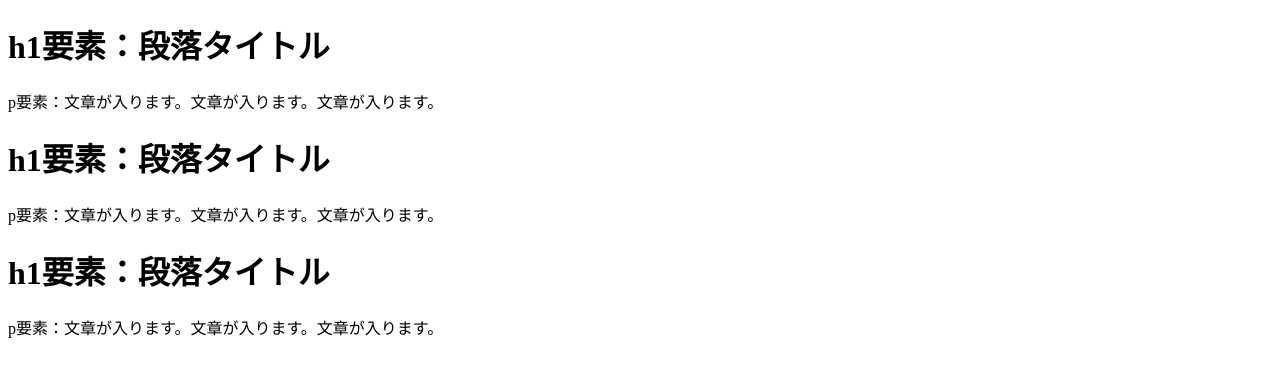
Repository: NozomiKatagiri/samurai
Page: index.html
The author's editor kept a record of every edit. The page is drawn from the files as they stood at one moment, then again after the next edit.
The browser window is 1280 px wide. The pictures show the whole page.

Above is the page before.

### index.html
<!DOCTYPE html>
<html lang="ja">
<head>
  <meta charset="UTF-8">
  <meta name="viewport" content="width=device-width, initial-scale=1.0">
  <meta http-equiv="X-UA-Compatible" content="ie=edge">
  <title>HTML/CSSの学習</title>
</head>
<body>
<h1>h1要素：段落タイトル</h1>
<p>p要素：文章が入ります。文章が入ります。文章が入ります。</p>

<h1>h1要素：段落タイトル</h1>
<p>p要素：文章が入ります。文章が入ります。文章が入ります。</p>

<h1>h1要素：段落タイトル</h1>
<p>p要素：文章が入ります。文章が入ります。文章が入ります。</p>
</body>
</html>

After the next edit:
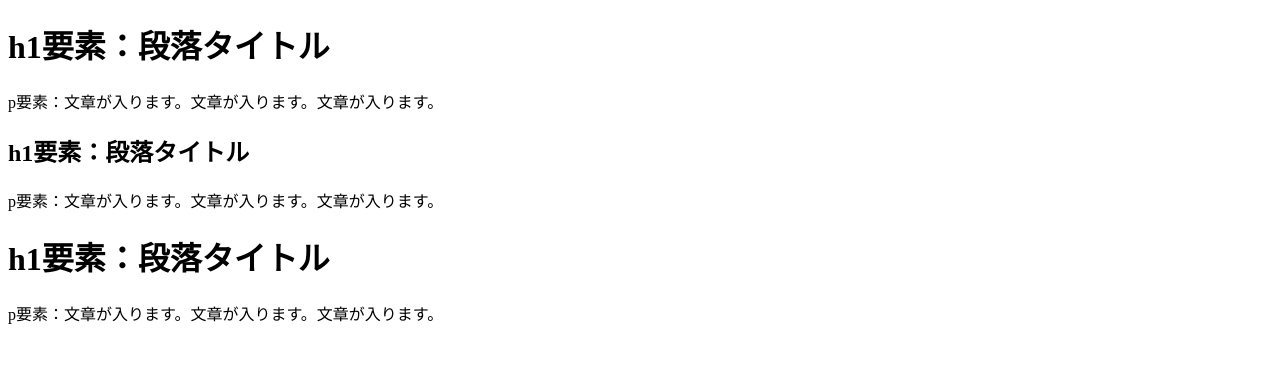
The edit:
--- a/index.html
+++ b/index.html
@@ -10,7 +10,7 @@
 <h1>h1要素：段落タイトル</h1>
 <p>p要素：文章が入ります。文章が入ります。文章が入ります。</p>
 
-<h1>h1要素：段落タイトル</h1>
+<h2>h1要素：段落タイトル</h2>
 <p>p要素：文章が入ります。文章が入ります。文章が入ります。</p>
 
 <h1>h1要素：段落タイトル</h1>
